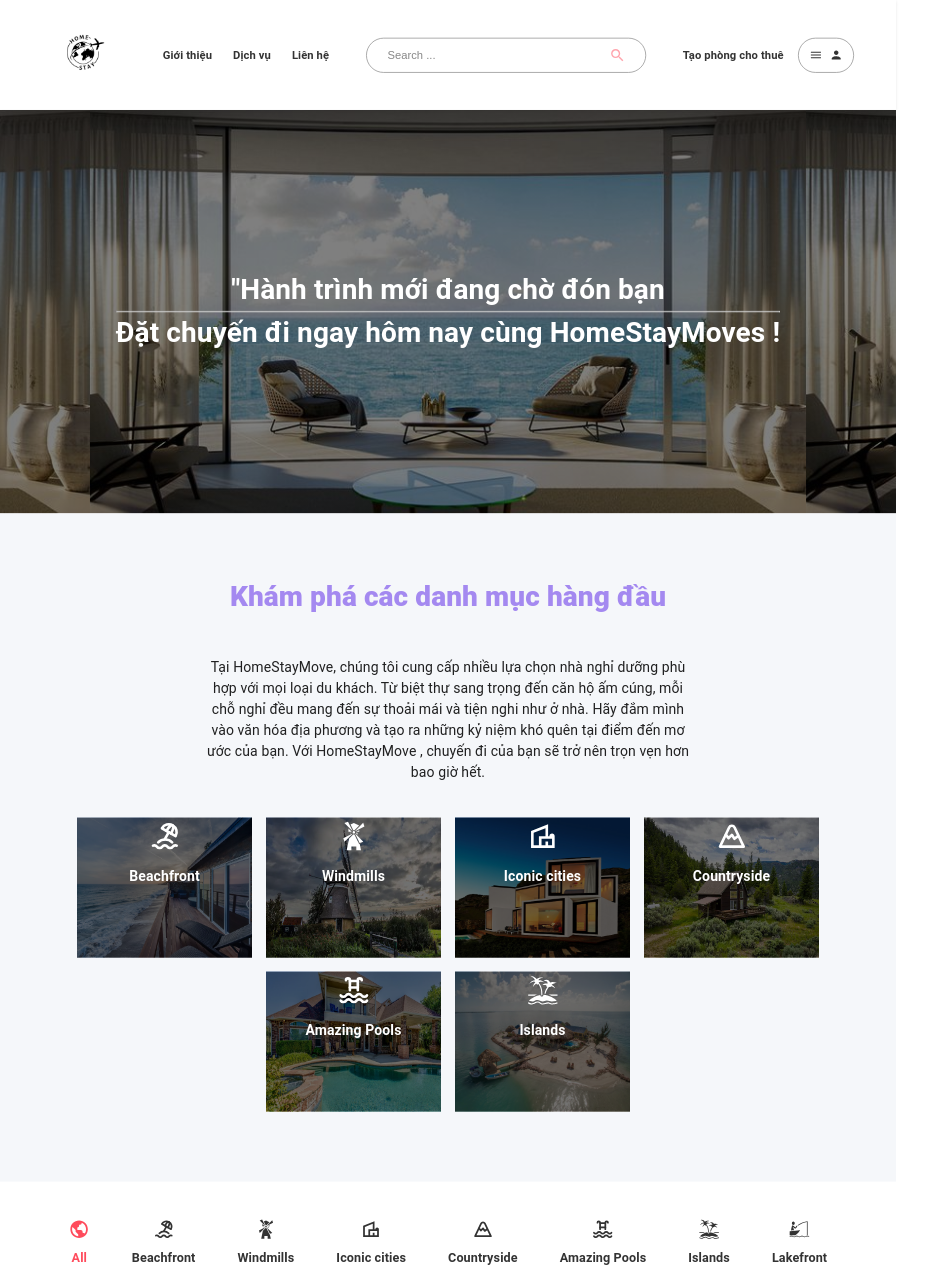
Repository: minhquang203/Homestay
Page: / (app in client/)
These files come from the project's save history. The page is drawn as it stood at one moment and after the next save; the edit follows.
The browser window is 1280 px wide. The page is 1342 px wide, so the pictures cover 1342 px, including what lies to the right of the window. The pictures show the part of the page from y = 0 to 1840 px (the page is 2909 px tall before and 3289 px after), at 70% of full size.
The page's requests for data from a server got no answer. The project was rebuilt for these pictures with package versions that can differ from the ones it lists, and the page was loaded fresh each time. No one was signed in, and anything a server would have sent is missing. Also part of the build but not shown: client/src/styles/ListingCard.scss, client/src/components/ListingCard.jsx, client/src/styles/List.scss, client/src/pages/CategoryPage.jsx, client/src/styles/CreateListing.scss, client/src/styles/variable.scss, client/src/pages/CreateListing.jsx, client/src/styles/ListingDetails.scss and 17 more.

Above is the page before, as saved 2025-04-03 23:21:26.

### client/public/index.html
<!DOCTYPE html>
<html lang="en">
  <head>
    <meta charset="utf-8" />
    <link rel="icon" href="%PUBLIC_URL%/favicon.ico" />
    <meta name="viewport" content="width=device-width, initial-scale=1" />
    <meta name="theme-color" content="#000000" />
    <meta
      name="description"
      content="Web site created using create-react-app"
    />
    <link rel="apple-touch-icon" href="%PUBLIC_URL%/logo192.png" />
    <link rel="manifest" href="%PUBLIC_URL%/manifest.json" />
    <link rel="preconnect" href="https://fonts.googleapis.com">
    <link rel="preconnect" href="https://fonts.gstatic.com" crossorigin>
    <link href="https://fonts.googleapis.com/css2?family=Nunito:ital,wght@0,200..1000;1,200..1000&display=swap" rel="stylesheet">
    <title>HomeStayMove</title>
  </head>
  <body>
    <div id="root"></div>

  </body>
</html>

### client/src/App.css
* {
  margin: 0;
  padding: 0;
  box-sizing: border-box;
  font-family: 'Nunito'sans-serif;
}

### client/src/pages/HomePage.jsx
import Categories from "../components/Categories";
import Footer from "../components/Footer";
import Listings from "../components/Listings";
import Navbar from '../components/Navbar';
import Slide from "../components/Slide";



const HomePage = () => {

  // Lấy thông tin người dùng từ Redux state
  return <div>
    <Navbar/>
    <Slide/>
    <Categories/>
    <Listings/>
    <Footer />
  </div>;
};

export default HomePage;

### client/src/components/Footer.jsx
import { Email, LocalPhone } from "@mui/icons-material";
import { Link } from "react-router-dom";
import "../styles/Footer.scss";
const Footer = () => {
  return (
    <div className="footer">
      <div className="footer_left">
        <a href="/">
          <img src="/assets/logo.png" alt="logo" />
        </a>
      </div>

      <div className="footer_center">
        <h3>Useful Links</h3>
        <ul>
          <li>
            <Link to="/about-us">About Us</Link>
          </li>
          <li>
            <Link to="/terms-and-conditions">Terms and Conditions</Link>
          </li>
          <li>
            <Link to="/return-and-refund-policy">Return and Refund Policy</Link>
          </li>
        </ul>
      </div>

      <div className="footer_right">
        <h3>Contact</h3>
        <div className="footer_right_info">
          <LocalPhone />
          <p>+84 904421394</p>
        </div>
        <div className="footer_right_info">
          <Email />
          <p>homestay@gmail.com</p>
          <p>tranminhquang082003@gmail.com</p>
        </div>
        <img src="/assets/payment.png" alt="payment" />
      </div>
    </div>
  );
};

export default Footer;

### client/src/components/Loader.jsx
import "../styles/Loader.scss";

const Loader = () => {
  return (
    <div className="loader">
      <div className="loader-inner"></div>
    </div>
  );
};

export default Loader;

### client/src/components/Navbar.jsx
import { Menu, Person, Search } from "@mui/icons-material";
import { IconButton } from "@mui/material";
import { useState } from "react";
import { useDispatch, useSelector } from "react-redux";
import { Link, useNavigate } from "react-router-dom";
import { setLogout } from "../Redux/state";
import "../styles/Navbar.scss";

const Navbar = () => {
  const [dropdownMenu, setDropdownMenu] = useState(false);
  const user = useSelector((state) => state.user);
  const dispatch = useDispatch();
  const [search, setSearch] = useState("");
  const navigate = useNavigate();

  const handleLogout = () => {
    dispatch(setLogout());
    navigate("/login");
  };

  return (
    <div className="navbar">
      <Link to="/">
        <img src="/assets/logo.png" alt="logo" />
      </Link>

      {/* Menu điều hướng */}
      <div className="navbar_menu">
        <Link to="/about">Giới thiệu</Link>
        <Link to="/services">Dịch vụ</Link>
        <Link to="/contact">Liên hệ</Link>
      </div>

      <div className="navbar_search">
        <input
          type="text"
          placeholder="Search ..."
          value={search}
          onChange={(e) => setSearch(e.target.value)}
        />
        <IconButton
          disabled={search === ""}
          onClick={() => navigate(`/properties/search/${search}`)}
        >
          <Search sx={{ color: "#ff4b5c" }} />
        </IconButton>
      </div>

      <div className="navbar_right">
        <Link
          to={user ? "/create-listing" : "/login"}
          className="navbar_right_host"
        >
          Tạo phòng cho thuê
        </Link>

        <button
          className="navbar_right_account"
          onClick={() => setDropdownMenu((prev) => !prev)}
        >
          <Menu sx={{ color: "#333" }} />
          <Person sx={{ color: "#333" }} />
        </button>

        {dropdownMenu && (
          <div
            className={`navbar_right_accountmenu ${
              dropdownMenu ? "active" : ""
            }`}
          >
            {user ? (
              <>
                <Link to="/profile">Thông Tin</Link>
                <Link to={`/${user._id}/trips`}>Danh sách chuyến đi</Link>
                <Link to={`/${user._id}/wishList`}>Yêu thích</Link>
                <Link to={`/${user._id}/properties`}>Phòng cho thuê</Link>
                <Link to={`/${user._id}/reservations`}>Đặt chỗ</Link>
                <Link to="/login" onClick={handleLogout}>
                  Đăng xuất
                </Link>
              </>
            ) : (
              <>
                <Link to="/login">Đăng nhập</Link>
                <Link to="/register">Đăng ký</Link>
              </>
            )}
          </div>
        )}
      </div>
    </div>
  );
};

export default Navbar;

### client/src/components/Categories.jsx
import { Link } from "react-router-dom";
import { categories } from "../data";
import "../styles/Categories.scss";

const Categories = () => {
  return (
    <div className="categories">
      <h1>Khám phá các danh mục hàng đầu</h1>
      <p>
        Tại HomeStayMove, chúng tôi cung cấp nhiều lựa chọn nhà nghỉ dưỡng phù hợp
        với mọi loại du khách. Từ biệt thự sang trọng đến căn hộ ấm cúng, mỗi
        chỗ nghỉ đều mang đến sự thoải mái và tiện nghi như ở nhà. Hãy đắm mình
        vào văn hóa địa phương và tạo ra những kỷ niệm khó quên tại điểm đến mơ
        ước của bạn. Với HomeStayMove , chuyến đi của bạn sẽ trở nên trọn vẹn hơn
        bao giờ hết.
      </p>

      <div className="categories_list">
        {categories?.slice(1, 7).map((category, index) => (
          <Link to={`/properties/category/${category.label}`}>
            <div className="category">
              <img src={category.img} alt={category.label} />
              <div className="overlay">
                <div className="category_text">
                  <div className="category_text_icon">
                    {category.icon}
                    <p>{category.label}</p>
                  </div>
                </div>
              </div>
            </div>
          </Link>
        ))}
      </div>
    </div>
  );
};

export default Categories;

### client/src/components/Slide.jsx
import "../styles/Slide.scss";

const Slide = () => {
  return (
    <div className="slidePage">
      <h1>
        "Hành trình mới đang chờ đón bạn <hr/>   Đặt chuyến đi ngay hôm nay cùng
        HomeStayMoves !
      </h1>
    </div>
  );
};

export default Slide;

### client/src/styles/Footer.scss
@import "./variable.scss";
@import "./breakpoints.scss";

.footer {
  display: flex;
  justify-content: space-between;
  align-items: center;
  gap: 50px;
  padding: 10px 70px;

  @include lg {
    padding: 10px 30px;
  }

  &_left {
    max-width: 400px;

    img {
      max-width: 150px;
      margin-bottom: 20px;
    }

    &_socials {
      display: flex;
      gap: 25px;
      margin-top: 20px;

      &_icon {
        width: 40px;
        height: 40px;
        border-radius: 50%;
        background-color: $pinkred;
        display: flex;
        justify-content: center;
        align-items: center;
        cursor: pointer;
        transition: all 0.5s ease-in-out;

        &:hover {
          transform: scale(1.2);
        }
      }
    }
  }

  &_center {
    text-decoration: none;

    ul {
      list-style: none;
      margin-top: 20px;
      cursor: pointer;

      li:hover {
        color: $pinkred
      }

      a {
        text-decoration: none;
        color: black;

        &:hover {
          color: $pinkred;
        }
      }
    }

    @include md {
      display: none;
    }
  }

  &_right {
    max-width: 350px;

    h3 {
      margin-bottom: 20px;
    }

    &_info {
      display: flex;

      p {
        margin-left: 20px;
        margin-bottom: 15px;
      }
    }

    @include sm {
      display: none;
    }
  }
}

### client/src/styles/Loader.scss
.loader {
    display: flex;
    justify-content: center;
    align-items: center;
    height: 100vh;
  }

  .loader-inner {
    border: 6px solid #f3f3f3;
    border-top: 6px solid #3498db;
    border-radius: 50%;
    width: 40px;
    height: 40px;
    animation: spin 2s linear infinite;
  }

  @keyframes spin {
    0% { transform: rotate(0deg); }
    100% { transform: rotate(360deg); }
  }

### client/src/styles/Navbar.scss
@import "./breakpoints.scss";
@import "./variable.scss";

.navbar {
  padding: 15px 60px;
  display: flex;
  justify-content: space-between;
  align-items: center;
  position: sticky;
  top: 0;
  z-index: 1000;
  background-color: $form-background;
  box-shadow: $box-shadow-small;
  transition: all 0.3s ease;

  @include media-query(sm) {
    padding: 10px 20px;
  }

  img {
    width: 120px;
    cursor: pointer;
    transition: transform 0.3s ease;

    &:hover {
      transform: scale(1.1);
    }
  }

  &_menu {
    display: flex;
    align-items: center;
    gap: 30px;

    a {
      text-decoration: none;
      color: $darkgrey;
      font-weight: 600;
      font-size: 1rem;
      transition: color 0.3s ease;

      &:hover {
        color: $pinkred;
      }
    }

    @include media-query(sm) {
      display: none;
    }
  }

  &_search {
    border: 1px solid $grey;
    border-radius: 30px;
    height: 50px;
    padding: 0 20px;
    display: flex;
    gap: 10px;
    align-items: center;
    width: 400px;
    background-color: $form-background;
    transition: box-shadow 0.3s ease;

    input {
      border: none;
      outline: none;
      flex: 1;
      padding: 5px 10px;
      font-size: 1rem;
      color: $darkgrey;
      background-color: transparent;

      &::placeholder {
        color: $grey;
      }
    }

    button {
      background: none;
      border: none;
      cursor: pointer;
      display: flex;
      align-items: center;
      justify-content: center;

      &:disabled {
        cursor: not-allowed;
        opacity: 0.5;
      }
    }

    &:hover {
      box-shadow: $box-shadow-large;
    }

    @include media-query(sm) {
      display: none;
    }
  }

  &_right {
    display: flex;
    align-items: center;
    gap: 20px;

    .navbar_right_host {
      text-decoration: none;
      color: $darkgrey;
      font-weight: 700;
      cursor: pointer;
      transition: color 0.3s ease;

      &:hover {
        color: $pinkred;
      }

      @include media-query(sm) {
        display: none;
      }
    }

    &_account {
      height: 50px;
      display: flex;
      align-items: center;
      padding: 0 15px;
      border: 1px solid $grey;
      border-radius: 30px;
      gap: 10px;
      background-color: $form-background;
      cursor: pointer;
      transition: box-shadow 0.3s ease, transform 0.2s ease;

      &:hover {
        box-shadow: $box-shadow-large;
        transform: translateY(-2px);
      }

      svg {
        color: $darkgrey;
        font-size: 1.2rem;
      }
    }

    &_accountmenu {
      position: absolute;
      background-color: $form-background;
      right: 60px;
      top: 80px;
      display: flex;
      flex-direction: column;
      width: 220px;
      padding: 10px 0;
      border: 1px solid $lightgrey;
      border-radius: 12px;
      box-shadow: $box-shadow-large;
      z-index: 9999;
      opacity: 0;
      visibility: hidden;
      transform: translateY(-10px);
      transition: all 0.3s ease;

      &.active {
        opacity: 1;
        visibility: visible;
        transform: translateY(0);
      }

      @include media-query(sm) {
        right: 20px;
      }

      a {
        width: 100%;
        padding: 10px 15px;
        text-decoration: none;
        color: $darkgrey;
        font-weight: 600;
        display: block;
        transition: background-color 0.3s ease, color 0.3s ease;

        &:hover {
          color: $pinkred;
          background-color: rgba(217, 213, 213, 0.2);
        }
      }
    }
  }

  /* Hiệu ứng sticky khi cuộn */
  &.scrolled {
    background-color: $lightgrey;
    box-shadow: $box-shadow-large;
  }
}

### client/src/styles/breakpoints.scss
  $breakpoints: (
    xs: 480px,
    sm: 768px,
    md: 992px,
    lg: 1200px,
    xl: 1400px
  );

  // Mixin media-query để dễ sử dụng các điểm ngắt
  @mixin media-query($size) {
    $breakpoint: map-get($breakpoints, $size);

    @if $breakpoint {
      @media (max-width: #{$breakpoint}) {
        @content;
      }
    } @else {
      @warn "Breakpoint '#{$size}' không tồn tại trong danh sách breakpoints!";
    }
  }
  @mixin sm {
    @media (max-width: map-get($breakpoints, "sm")) {
        @content;
    }
}

@mixin mm {
    @media (max-width: map-get($breakpoints, "mm")) {
        @content;
    }
}

@mixin md {
    @media (max-width: map-get($breakpoints, "md")) {
        @content;
    }
}

@mixin ml {
    @media (max-width: map-get($breakpoints, "ml")) {
        @content;
    }
}

@mixin lg {
    @media (max-width: map-get($breakpoints, "lg")) {
        @content;
    }
}

@mixin xl {
    @media (max-width: map-get($breakpoints, "xl")) {
        @content;
    }
}

  // Mixin để tạo kiểu cho button
  @mixin buttonStyle {
    padding: 10px 15px;
    background-color: $pinkred;
    border: none;
    font-size: 20px;
    font-weight: 600;
    cursor: pointer;
    transform: 0.3s ease;
    color: white;
    border-radius: 10px;
  }
  // Mixin flex-center để căn giữa các phần tử theo cả chiều ngang và dọc
@mixin flex-center {
  display: flex;
  justify-content: center;
  align-items: center;
}

### client/src/styles/Categories.scss
@import "./variable.scss";
@import "./breakpoints.scss";

.categories {
  padding: 50px 60px;
  display: flex;
  flex-direction: column;
  align-items: center;
  text-align: center;
  background-color: $lightgrey;


  h1 {
    color: $blue;
    font-size: 40px;
    font-weight: 800;
    margin-bottom: 15px;
  }

  p {
    max-width: 700px;
    font-size: 20px;
  }

  .categories_list {
    display: flex;
    flex-wrap: wrap;
    padding: 50px 0;
    justify-content: center;
    gap: 20px;

    a {
      text-decoration: none;
    }

    .category {
      position: relative;
      display: flex;
      justify-content: center;
      align-items: center;
      width: 250px;
      height: 200px;
      cursor: pointer;

      img {
        position: absolute;
        width: 100%;
        height: 100%;
      }

      .overlay {
        position: absolute;
        width: 100%;
        height: 100%;
        background-color: rgba(0, 0, 0, 0.55);
        transition: 0.3s ease-in-out;
      }

      &_text {
        position: relative;
        color: white;

        &_icon {
          font-size: 45px;
        }

        p {
          font-weight: 600;
        }
      }

      &:hover {
        .overlay {
          width: 80%;
          height: 80%;
        }
      }

    }
  }
}

### client/src/styles/Listings.scss
@import "./variable.scss";
@import "./breakpoints.scss";

.category-list {
  padding: 50px 80px;
  display: flex;
  justify-content: center;
  flex-wrap: wrap;
  gap: 60px;

  @include sm {
    padding: 50px 20px;
  }

  .category {
    display: flex;
    flex-direction: column;
    align-items: center;
    color: $darkgrey;
    cursor: pointer;

    &_icon {
      font-size: 30px;
    }

    p {
      font-size: 18px;
      font-weight: 700;
    }

    &:hover {
      color: $pinkred;
    }
  }

  .selected {
    color: $pinkred;
  }
}

.listings {
  padding: 0 60px 120px;
  display: flex;
  flex-wrap: wrap;
  justify-content: center;
  gap: 5px;

  @include lg {
    padding: 0 20px 120px;
  }
}

### client/src/styles/Slide.scss
.slidePage {
  width: 100vw;
  height: 80vh;
  background: linear-gradient(rgba(0, 0, 0, 0.5), rgba(0, 0, 0, 0.5)),
    url("../../public/assets/slide.jpg");
  background-position: center top;
  background-size: contain;

  display: flex;
  justify-content: center;
  align-items: center;
  text-align: center;
  position: relative;

  animation: moveRight 2s ease-out forwards; /* Di chuyển từ trái sang phải */
}

// /* Định nghĩa keyframe cho hiệu ứng chuyển động từ trái sang phải */
// @keyframes moveRight {
//   0% {
//     transform: translateX(-100%); /* Bắt đầu bên ngoài màn hình (trái) */
//   }
//   100% {
//     transform: translateX(0); /* Kết thúc tại vị trí ban đầu */
//   }
// }

h1 {
  padding: 40px 20px;
  font-size: 40px;
  text-align: center;
  color: white;
  z-index: 1; /* Đảm bảo văn bản luôn ở trên hình nền */
  position: relative;
}

Loaded but not shown: client/src/data.js (270 lines, source omitted); client/src/App.js (46 lines, source omitted); client/src/Redux/state.js (69 lines, source omitted); client/src/Redux/store.js (38 lines, source omitted); client/src/index.js (33 lines, source omitted); client/src/components/Listings.jsx (93 lines, source omitted)

After the next save:
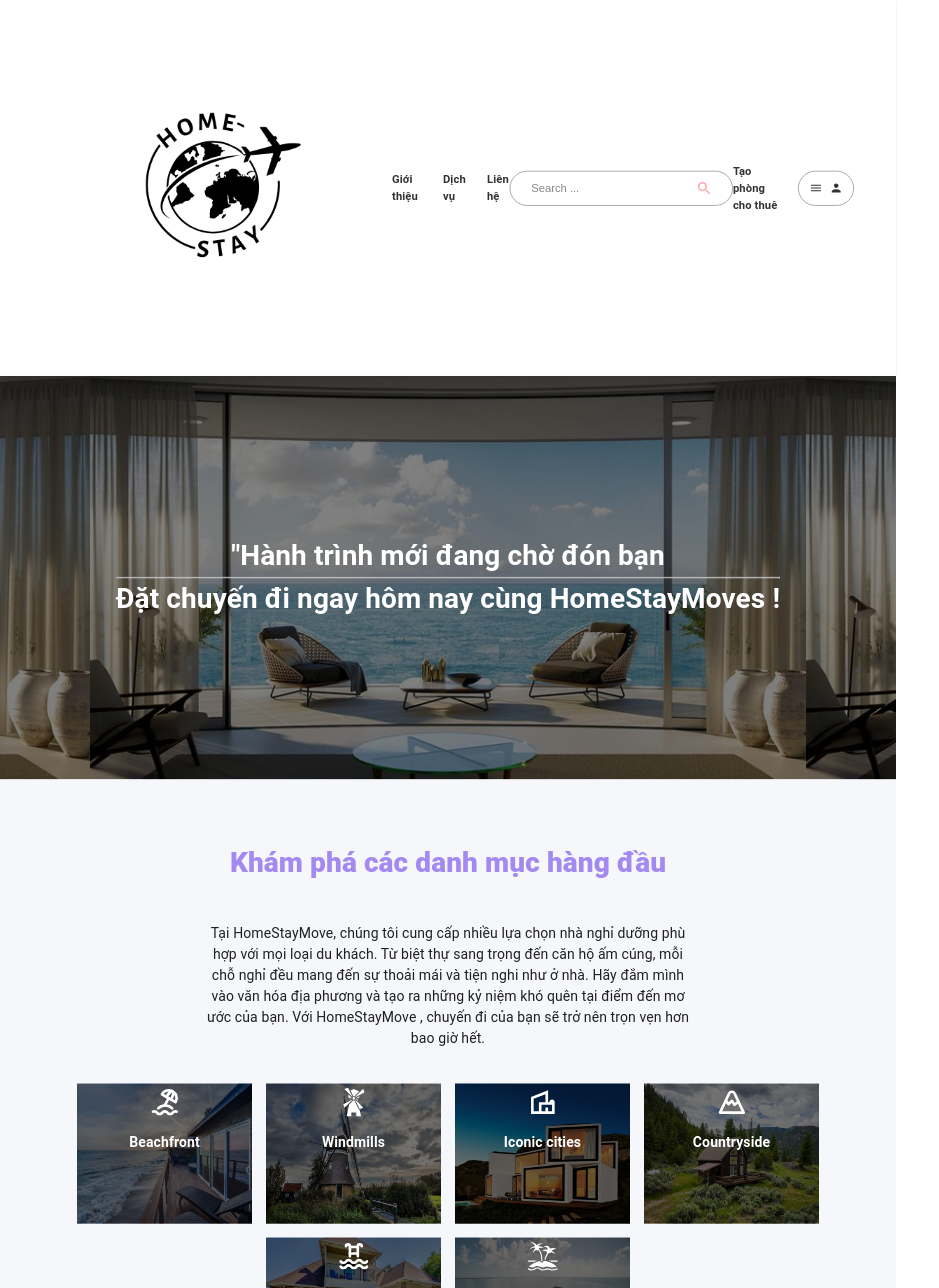
Saved 25 min 48 s later.
--- a/client/src/styles/Navbar.scss
+++ b/client/src/styles/Navbar.scss
@@ -17,16 +17,24 @@
     padding: 10px 20px;
   }
 
-  img {
-    width: 120px;
-    cursor: pointer;
-    transition: transform 0.3s ease;
-
-    &:hover {
-      transform: scale(1.1);
-    }
-  }
-
+  /* Logo */
+  &_logo {
+    display: flex;
+    align-items: center;
+    gap: 10px;
+
+    img {
+      width: 120px;
+      cursor: pointer;
+      transition: transform 0.3s ease;
+
+      &:hover {
+        transform: scale(1.1);
+      }
+    }
+  }
+
+  /* Menu điều hướng căn giữa */
   &_menu {
     display: flex;
     align-items: center;
@@ -49,6 +57,7 @@
     }
   }
 
+  /* Thanh tìm kiếm */
   &_search {
     border: 1px solid $grey;
     border-radius: 30px;
@@ -98,6 +107,7 @@
     }
   }
 
+  /* Phần bên phải */
   &_right {
     display: flex;
     align-items: center;

After the save that followed:
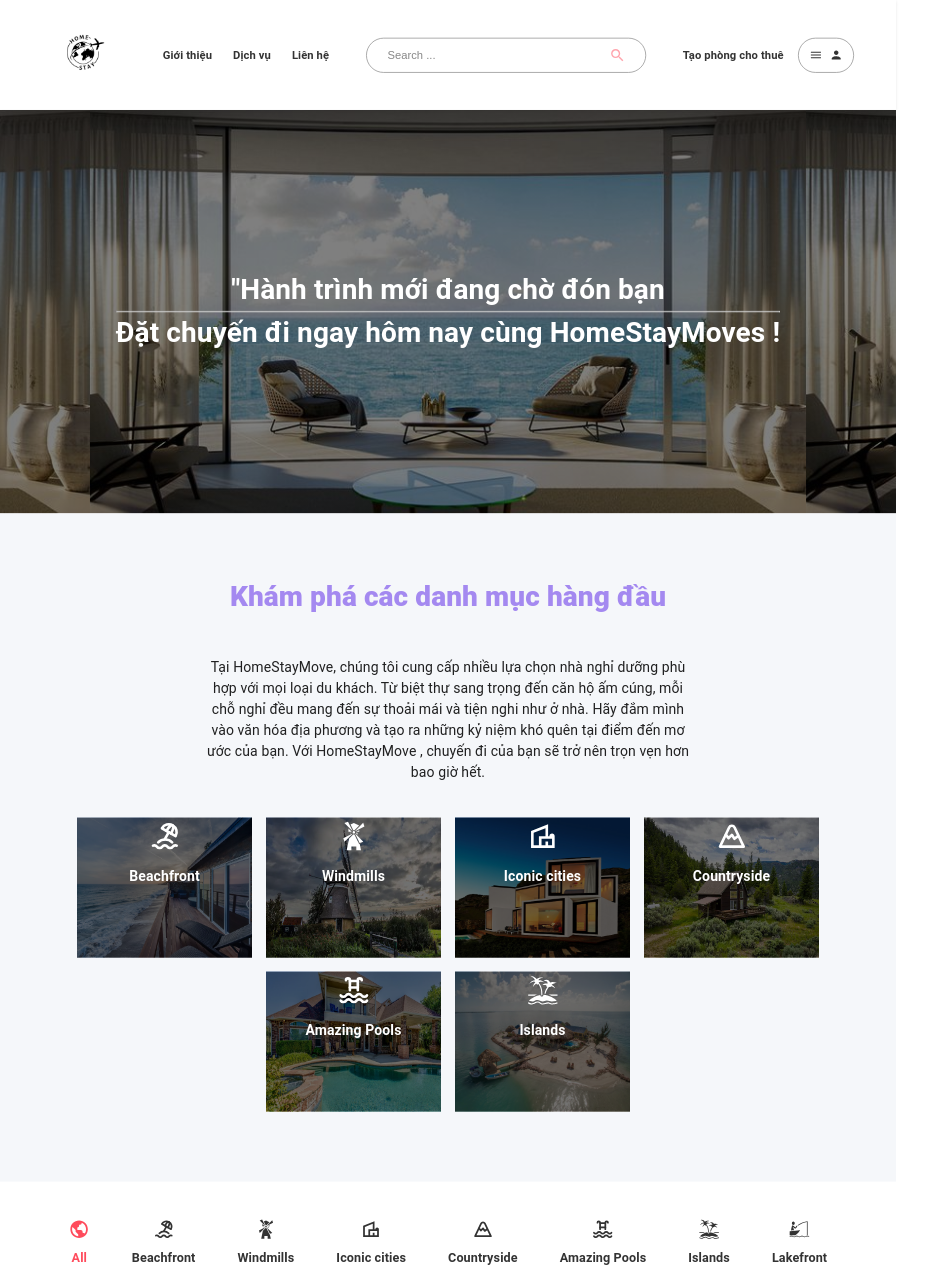
Saved 17 s later.
--- a/client/src/components/Navbar.jsx
+++ b/client/src/components/Navbar.jsx
@@ -20,11 +20,12 @@
 
   return (
     <div className="navbar">
-      <Link to="/">
-        <img src="/assets/logo.png" alt="logo" />
-      </Link>
+      <div className="navbar_logo">
+        <Link to="/">
+          <img src="/assets/logo.png" alt="logo" />
+        </Link>
+      </div>
 
-      {/* Menu điều hướng */}
       <div className="navbar_menu">
         <Link to="/about">Giới thiệu</Link>
         <Link to="/services">Dịch vụ</Link>
